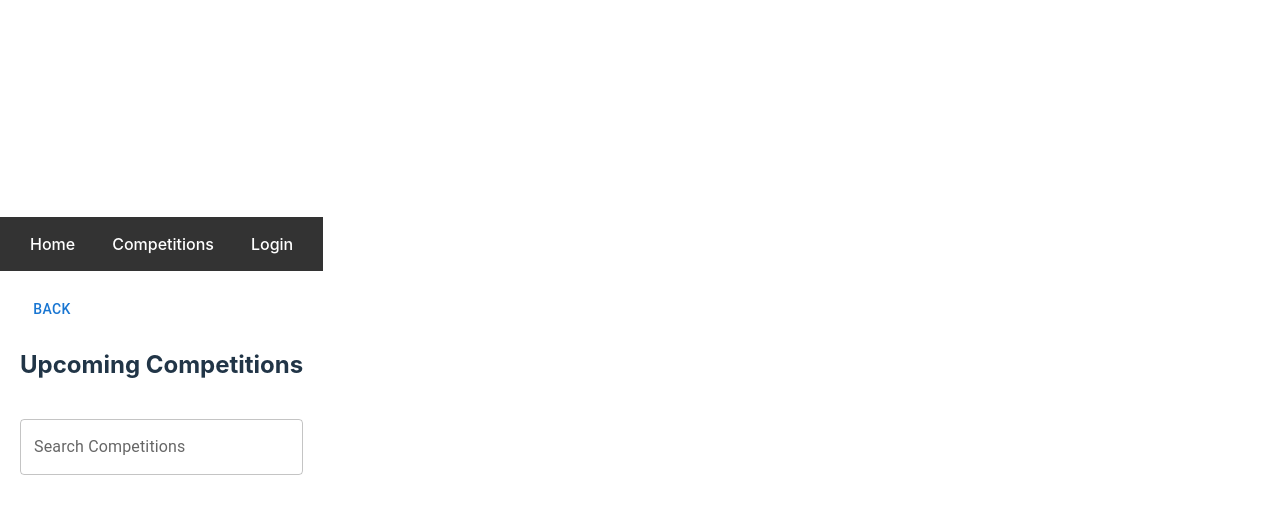
Repository: BWei22/wecube
Page: /competitions
The author's editor kept a copy of each file at every save. The page is drawn from the files as they stood at one save, then again after the next save.
The browser window is 1280 px wide. The pictures show the whole page.
The page's requests for data from a server got no answer. The project was rebuilt for these pictures with package versions that can differ from the ones it lists, and the page was loaded fresh each time. No one was signed in, and anything a server would have sent is missing. Also part of the build but not shown: vite.config.js, src/pages/Home.jsx, src/pages/Listings.css, src/pages/Listings.jsx, src/pages/CreateListing.jsx, src/pages/ListingDetails.css, src/pages/ListingDetails.jsx, src/pages/InterestedBuyers.jsx and 9 more.

Above is the page before, as saved 2024-07-28 18:18:47.

After the next save:
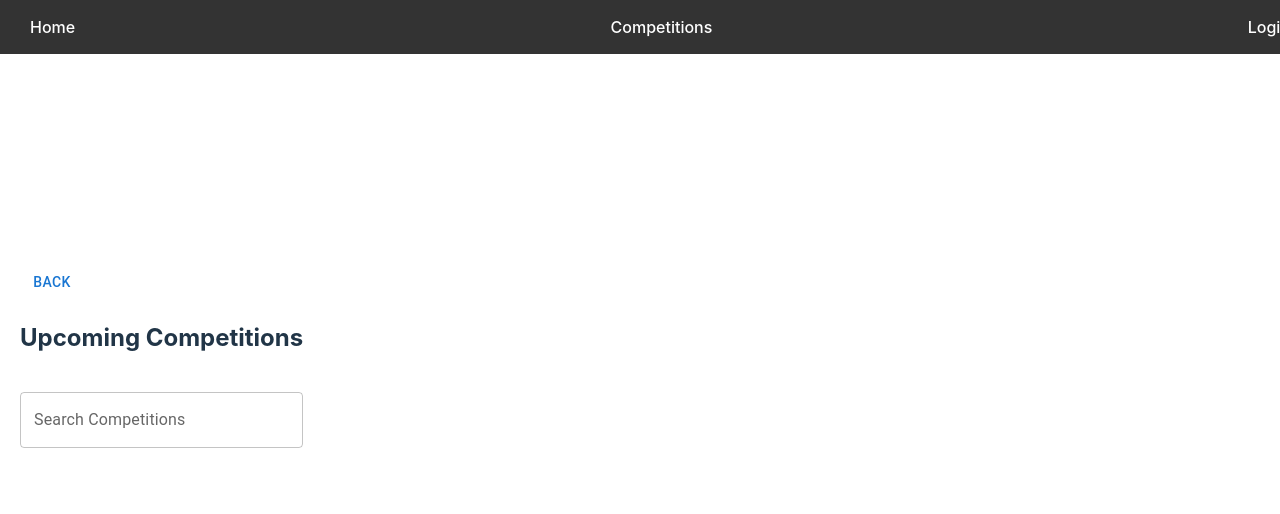
Saved 105 s later.
--- a/src/components/NavBar.css
+++ b/src/components/NavBar.css
@@ -7,6 +7,10 @@
   padding: 15px 20px;
   background-color: #333;
   color: #fff;
+  position: fixed;
+  width: 100%;
+  top: 0;
+  z-index: 1000;
 }
 
 .navbar a {
